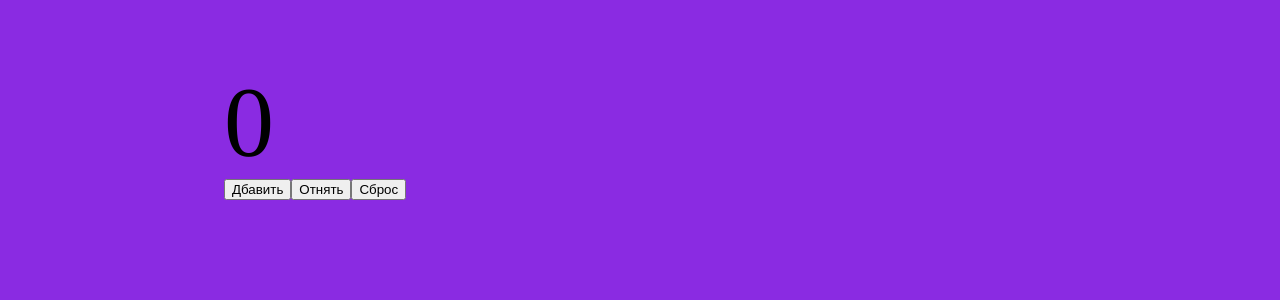
Repository: Denzoll/redux-toolkit-counter
Page: /
An editor plug-in stored every save of this project. The page is shown before and after a run of saves, followed by the edit.
The browser window is 1280 px wide. The pictures show the whole page.
The project was rebuilt for these pictures with package versions that can differ from the ones it lists, and the page was loaded fresh each time. Also part of the build but not shown: src/index.css.

Above is the page before, as saved 2022-06-27 13:28:19.

### src/index.js
import React from 'react';
import ReactDOM from 'react-dom/client';
import './index.css';
import App from './App';
import { store } from './app/store';
import { Provider } from 'react-redux/es/exports';


const root = ReactDOM.createRoot(document.getElementById('root'));
root.render(

   <Provider store={store}>
    <App />

  </Provider>

);

// If you want to start measuring performance in your app, pass a function
// to log results (for example: reportWebVitals(console.log))
// or send to an analytics endpoint. Learn more: https://bit.ly/CRA-vitals

### src/App.js
import { useSelector, useDispatch } from "react-redux";
import { minus, plus, zero } from "./feauters/counterReducer";
import './App.css'

function App() {
  const num = useSelector((state) => state.counter);
  const dispach = useDispatch();
  const handleInc = () => {
    dispach(plus());
  };
  const handleDel = () => {
    dispach(minus());
  };

  const z = () => {
    dispach(zero());
  };
  return (
    <>
    <div className="cont">
      <div className="count">{num}</div>
      <button onClick={handleInc}> Дбавить </button>
      <button onClick={handleDel}>Отнять</button>
      <button onClick={z}> Сброс </button>
      </div>
    </>
  );
}

export default App;

### src/app/store.js
import { configureStore } from "@reduxjs/toolkit";
import counterReducer from "../feauters/counterReducer";

export const  store = configureStore({
    reducer:counterReducer
})

### src/feauters/counterReducer.js
import { createAction } from "@reduxjs/toolkit/";
import { createReducer } from "@reduxjs/toolkit";

const initialState = {
  counter: 0,
};
export const plus = createAction("plus");
export const minus = createAction("minus");
export const zero = createAction("zero");

const counterReducer = createReducer(initialState, (builder) => {
  builder
    .addCase(plus, (state, action) => {
      state.counter += 1;
    })
    .addCase(minus, (state) => {
      if (state.counter > 0) {
        state.counter -= 1;
      }
    })
    .addCase(zero, (state) => {
      state.counter = 0;
    });
});

export default counterReducer;

### src/App.css
body {
  background-color: blueviolet;
  margin:0 auto;
  width: 65%;
  margin-top: 5%;
}

.count {
  font-size: 100px;
}

Loaded but not shown: public/index.html (common file)

After the next 3 saves:
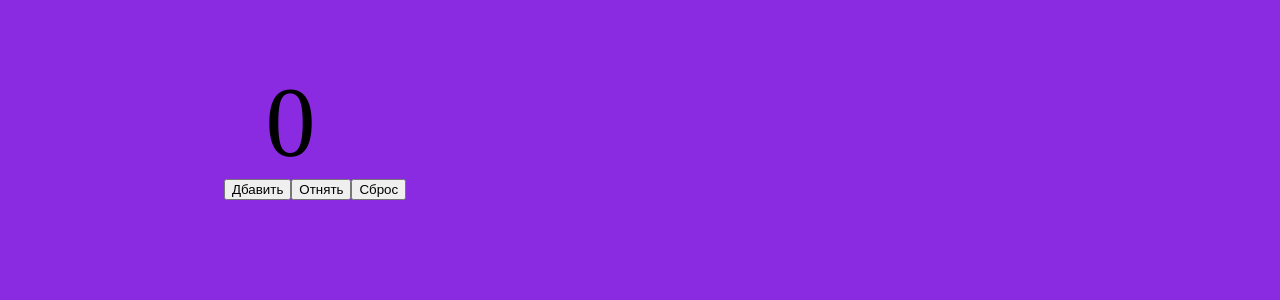
The 3 saves are shown as one change because they came seconds apart.
The last was saved 12 s later.
--- a/src/App.css
+++ b/src/App.css
@@ -7,4 +7,5 @@ body {
 
 .count {
   font-size: 100px;
+  margin-left: 5%;
 }
